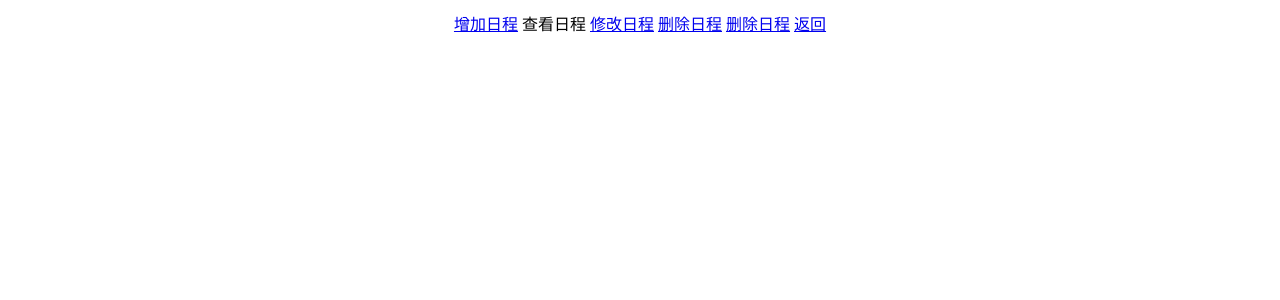
Repository: zy840055899/old-workspace
Page: http://localhost/PIMS/dateManager/lookDate.jsp
The author's editor kept a copy of each file at every save. The page is drawn from the files as they stood at one save, then again after the next save.
The browser window is 1280 px wide. The pictures show the whole page.
The page is served by Tomcat 9. Other server files are loaded and not shown.

Above is the page before, as saved 2014-03-17 02:30:19.

### PIMS/WebContent/dateManager/lookDate.jsp
<%@ page language="java" contentType="text/html; charset=UTF-8"
    pageEncoding="UTF-8"%>
<!DOCTYPE html PUBLIC "-//W3C//DTD HTML 4.01 Transitional//EN" "http://www.w3.org/TR/html4/loose.dtd">
<html>
<head>
<meta http-equiv="Content-Type" content="text/html; charset=UTF-8">
<title>个人信息管理系统--查看日程</title>
</head>
<body>

<center>

<table>

<tr>
<td><a href="http://localhost:8080/PIMS/dateManager/addDate.jsp">增加日程</a></td>
<td>查看日程</td>
<td><a href="http://localhost:8080/PIMS/dateManager/updateDate.jsp">修改日程</a></td>
<td><a href="http://localhost:8080/PIMS/dateManager/deleteDate.jsp">删除日程</a></td>
<td><a href="http://localhost:8080/PIMS/dateManager/deleteDate.jsp">删除日程</a></td>
<td><a href="http://localhost:8080/PIMS/main/main.jsp">返回</a></td>
</tr>

</table>























</center>
















</body>
</html>

After the next save:
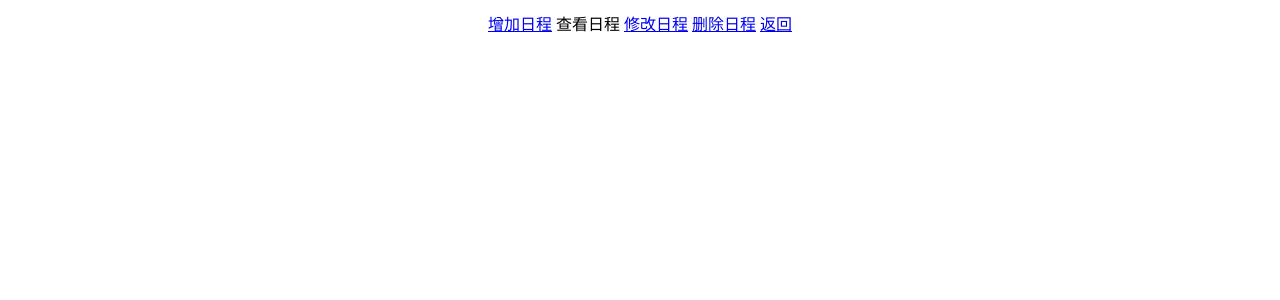
Saved 18 s later.
--- a/PIMS/WebContent/dateManager/lookDate.jsp
+++ b/PIMS/WebContent/dateManager/lookDate.jsp
@@ -16,7 +16,6 @@
 <td><a href="http://localhost:8080/PIMS/dateManager/addDate.jsp">增加日程</a></td>
 <td>查看日程</td>
 <td><a href="http://localhost:8080/PIMS/dateManager/updateDate.jsp">修改日程</a></td>
-<td><a href="http://localhost:8080/PIMS/dateManager/deleteDate.jsp">删除日程</a></td>
 <td><a href="http://localhost:8080/PIMS/dateManager/deleteDate.jsp">删除日程</a></td>
 <td><a href="http://localhost:8080/PIMS/main/main.jsp">返回</a></td>
 </tr>
